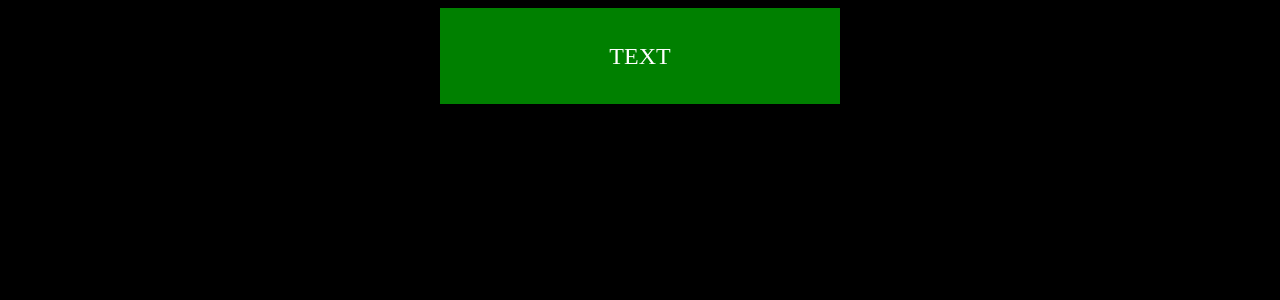
Repository: rajratangm/xcalculator
Page: /
The author's editor kept a copy of each file at every save. The page is drawn from the files as they stood at one save, then again after a run of saves.
The browser window is 1280 px wide. The pictures show the whole page.
The project was rebuilt for these pictures with package versions that can differ from the ones it lists, and the page was loaded fresh each time. Also part of the build but not shown: vite.config.js, src/Component/Keyboard.jsx.

Above is the page before, as saved 2024-04-02 18:55:24.

### src/App.jsx
import { useState } from 'react'
import Button from './Component/Button/Button'

import './App.css'
import Keyboard from './Component/Keyboard'

function App() {


  return (
    <div className='App'>

    <div className='calculator-wrapper'>

    <Button/>
    </div>

    </div>
  )
}

export default App

### src/Component/Button/Button.jsx
import './Button.css'


const Button=()=>{
    return <div className='button-wrapper'>
TEXT
    </div>
}

export default Button

### src/App.css
body{
  background-color: black;

}

.App{
  display: flex;
  justify-content: center;
  align-items: center;
}

.calculator-wrapper{
  background-color:white;
  width:400px;
  border-radius: 16px;

}

### src/Component/Button/Button.css
.button-wrapper{
    height: 4em;
    display: flex;
    align-items: center;
    justify-content: center;
    font-size: 24px;
    background-color:green;
    color:#ffffff;
    flex:1;

}

Loaded but not shown: index.html (common file); src/main.jsx (common file)

After the next 2 saves:
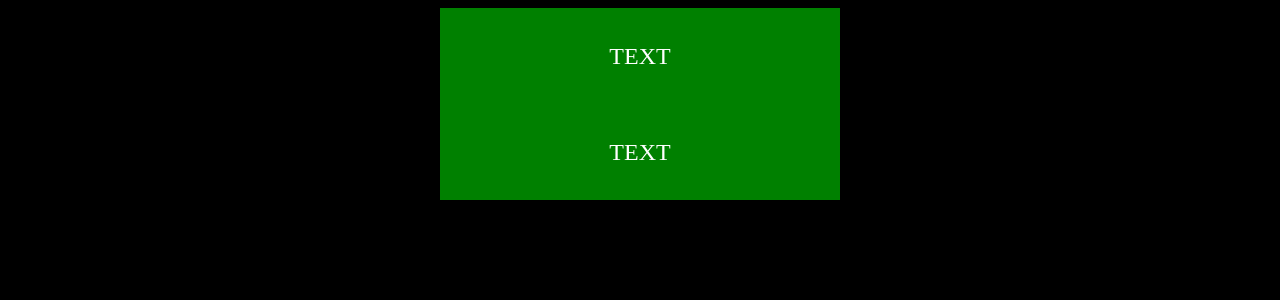
The 2 saves are shown as one change because they came seconds apart.
The last was saved 22 s later.
--- a/src/App.jsx
+++ b/src/App.jsx
@@ -13,6 +13,7 @@ function App() {
     <div className='calculator-wrapper'>
 
     <Button/>
+    <Button/>
     </div>
 
     </div>
